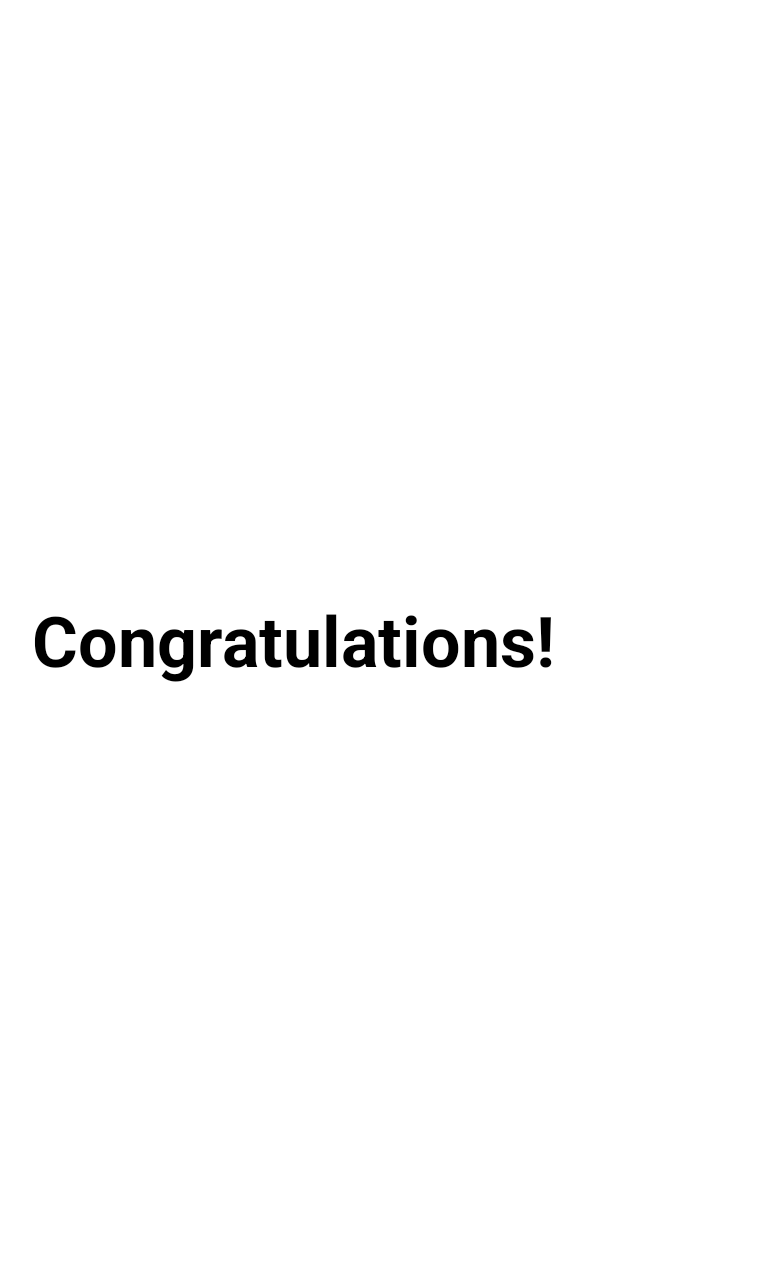
Repository: AGNT/Mobile_application_SU13
Layout: android/Locate/res/layout/activity_final_points.xml
These files come from the project's save history. The layout is drawn as it stood at one moment and after the next save; the edit follows.
It is drawn on a 768 x 1280 px phone screen (xhdpi) without system bars, with theme AppTheme; the app's code is not run.

Above is the layout before, as saved 2013-08-11 02:49:07.

### android/Locate/res/layout/activity_final_points.xml
<LinearLayout xmlns:android="http://schemas.android.com/apk/res/android"
    xmlns:tools="http://schemas.android.com/tools"
    android:layout_width="match_parent"
    android:layout_height="match_parent"
    android:paddingBottom="@dimen/activity_vertical_margin"
    android:paddingLeft="@dimen/activity_horizontal_margin"
    android:paddingRight="@dimen/activity_horizontal_margin"
    android:paddingTop="@dimen/activity_vertical_margin"
    tools:context=".FinalPoints" >

    <TextView
        android:layout_width="wrap_content"
        android:layout_height="wrap_content"
        android:layout_gravity="center"
        android:gravity="center_horizontal"
        android:text="Congratulations!"
        android:textAppearance="?android:attr/textAppearanceLarge"
        android:textColor="#000000"
        android:textSize="35sp"
        android:textStyle="bold" />

</LinearLayout>

Loaded but not shown: android/Locate/res/values/styles.xml (common file); android/Locate/res/values-v11/styles.xml (common file); android/Locate/res/values-v14/styles.xml (common file); android/Locate/res/values/dimens.xml (common file)

After the next save:
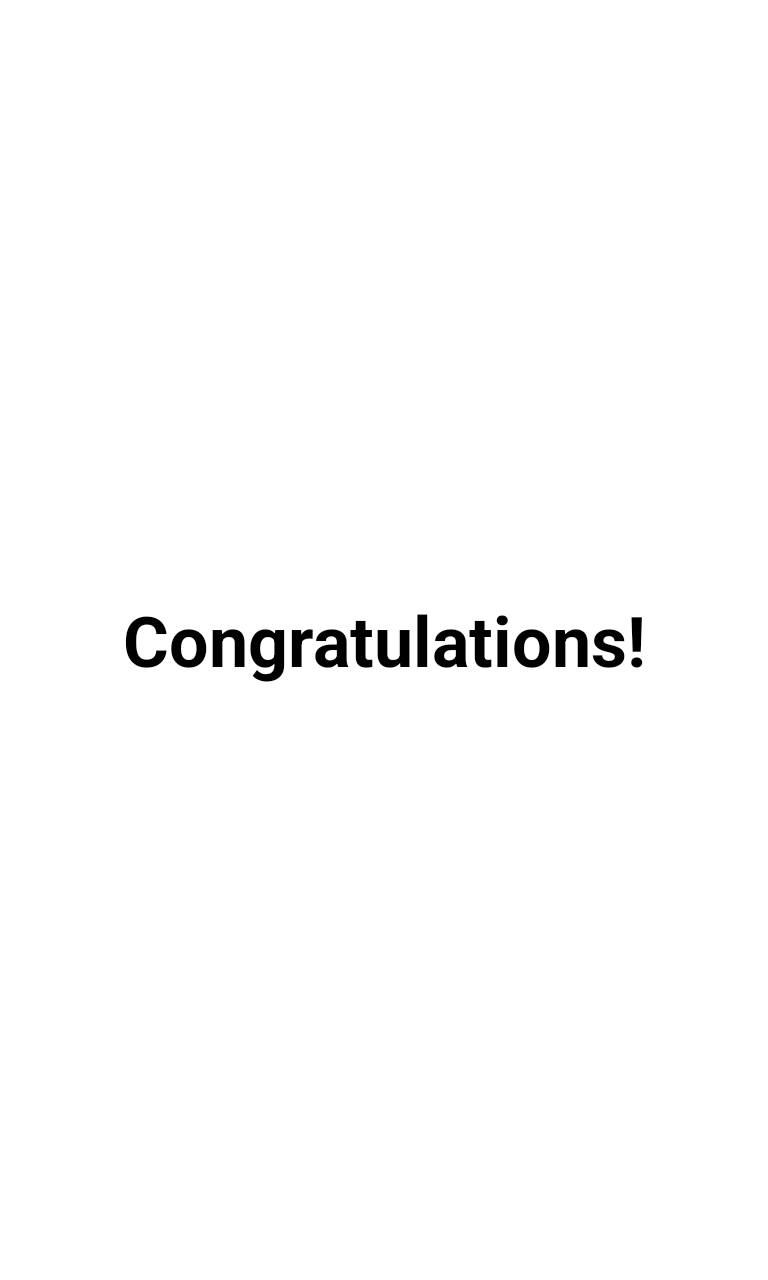
Saved 73 s later.
--- a/android/Locate/res/layout/activity_final_points.xml
+++ b/android/Locate/res/layout/activity_final_points.xml
@@ -9,7 +9,7 @@
     tools:context=".FinalPoints" >
 
     <TextView
-        android:layout_width="wrap_content"
+        android:layout_width="match_parent"
         android:layout_height="wrap_content"
         android:layout_gravity="center"
         android:gravity="center_horizontal"
@@ -19,4 +19,12 @@
         android:textSize="35sp"
         android:textStyle="bold" />
 
+    <TextView
+        android:layout_width="wrap_content"
+        android:layout_height="wrap_content"
+        android:text="Your Score is.."
+        android:textAppearance="?android:attr/textAppearanceMedium"
+        android:textColor="#000000"
+        android:id="@+id/version" />
+
 </LinearLayout>
